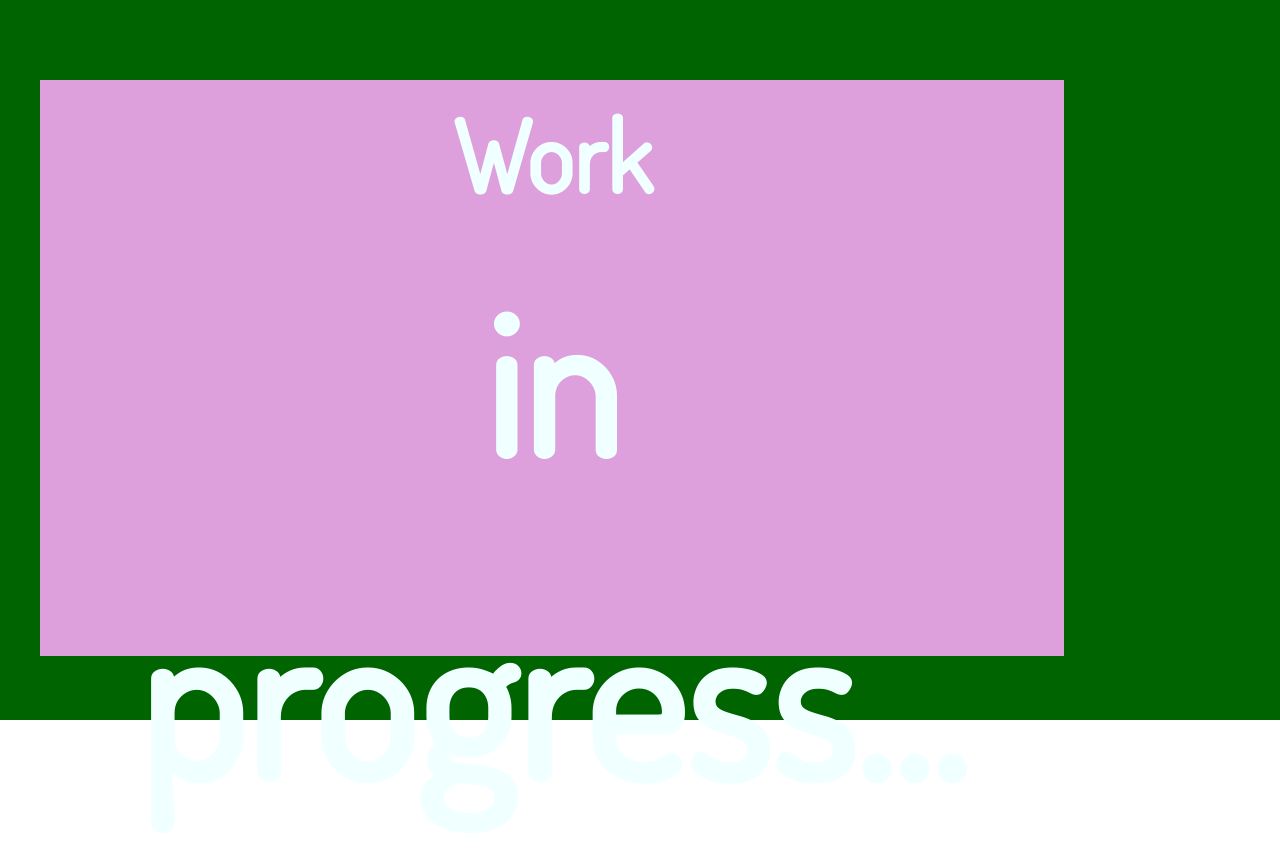
Repository: NollieChtn6/NollieChtn6.github.io
Page: index.html
An editor plug-in stored every save of this project. The page is shown before and after the next save, followed by the edit.
The browser window is 1280 px wide. The pictures show the whole page.

Above is the page before, as saved 2023-11-10 18:16:31.

After the next save:
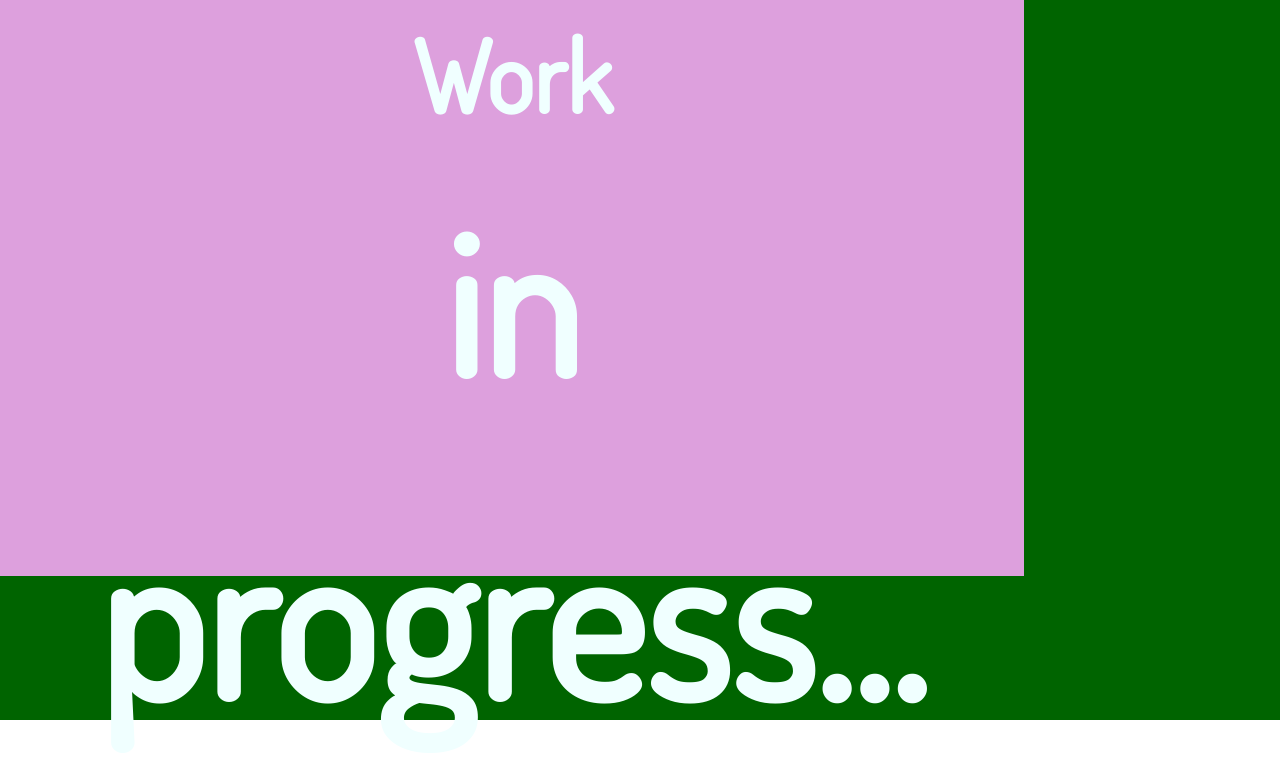
Saved 18 s later.
--- a/css/style.css
+++ b/css/style.css
@@ -47,8 +47,8 @@ h1 {
   /* padding: 5rem 0rem 0rem 8rem; */
   /* justify-content: center; */
   /* align-items: center; */
-  padding-top: 8rem;
-  padding-left: 4rem;;
+  /* padding-top: 8rem;
+  padding-left: 4rem;; */
 
 }
 
